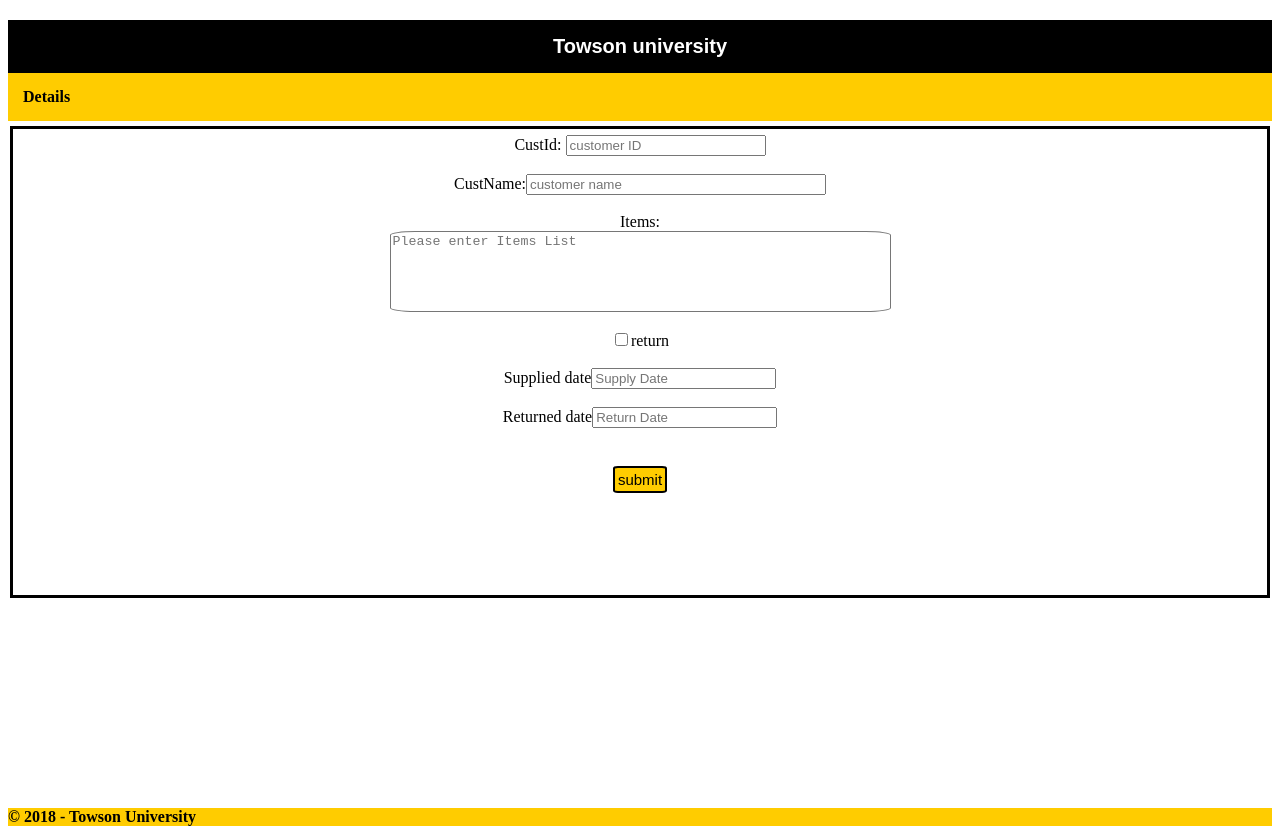
Repository: DatabaseCOSC578/eclipse-workspace11
Page: http://localhost/Supervisor/Supervisor.jsp
An editor plug-in stored every save of this project. The page is shown before and after the next save, followed by the edit.
The browser window is 1280 px wide. The pictures show the whole page.
The page is served by Tomcat 9.

Above is the page before, as saved 2018-04-15 16:57:15.

After the next save:
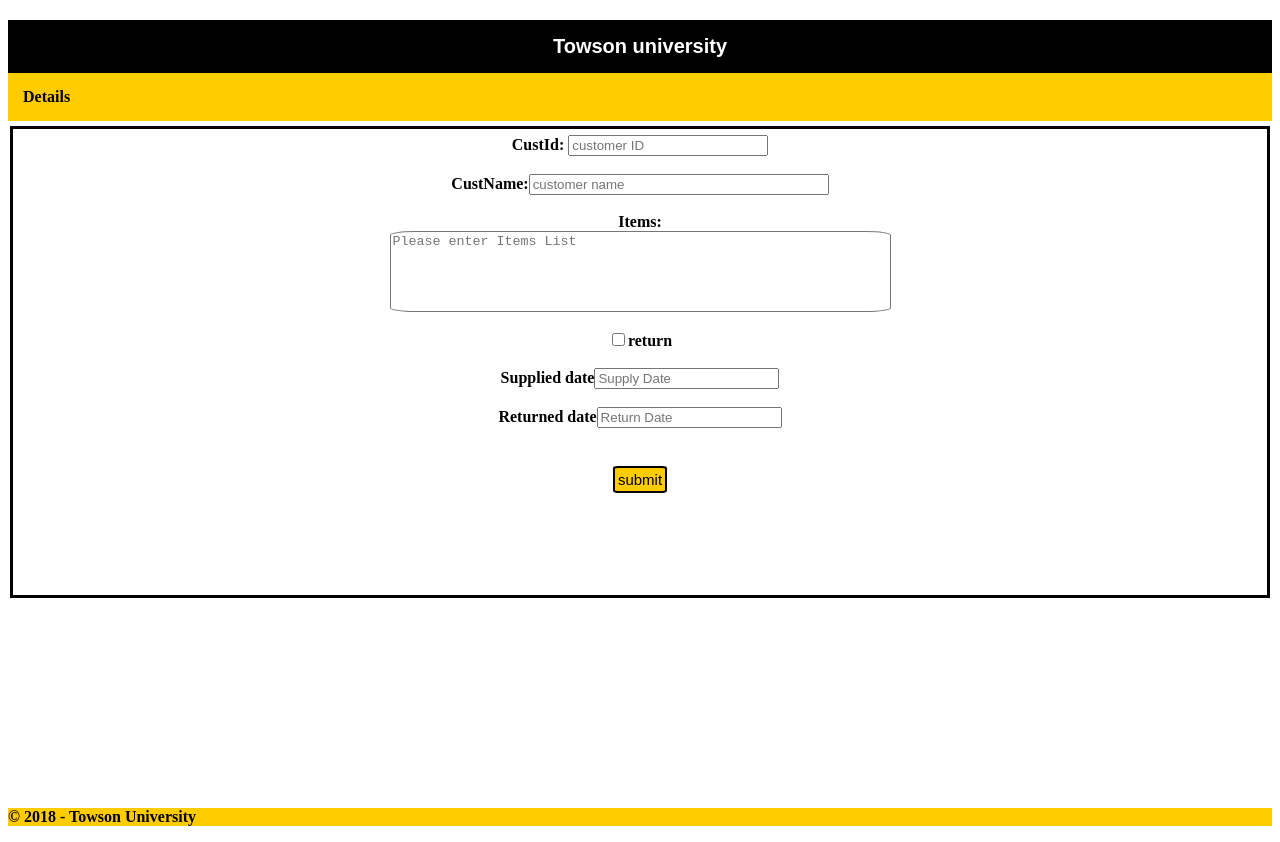
Saved 52 s later.
--- a/Supervisor/WebContent/Supervisor.jsp
+++ b/Supervisor/WebContent/Supervisor.jsp
@@ -8,9 +8,9 @@
 <p><b>Details</b></p>
 <fieldset><center>
 
-CustId: <input type=text style="width: 200px;" name="custid " placeholder="customer ID"><br><br>
-CustName:<input type=text style="width: 300px; align:center;" name="custname" placeholder="customer name "><br><br>
-Items:<br/>
+<b>CustId:</b> <input type=text style="width: 200px;" name="custid " placeholder="customer ID"><br><br>
+<b>CustName:</b><input type=text style="width: 300px; align:center;" name="custname" placeholder="customer name "><br><br>
+<b>Items:<b/><br/>
 <textarea rows="5" cols="60"  maxlength="260" name="items" placeholder="Please enter Items List">
 </textarea> <br><br>
 <input type=checkbox name="return" value=1>return<br><br>
